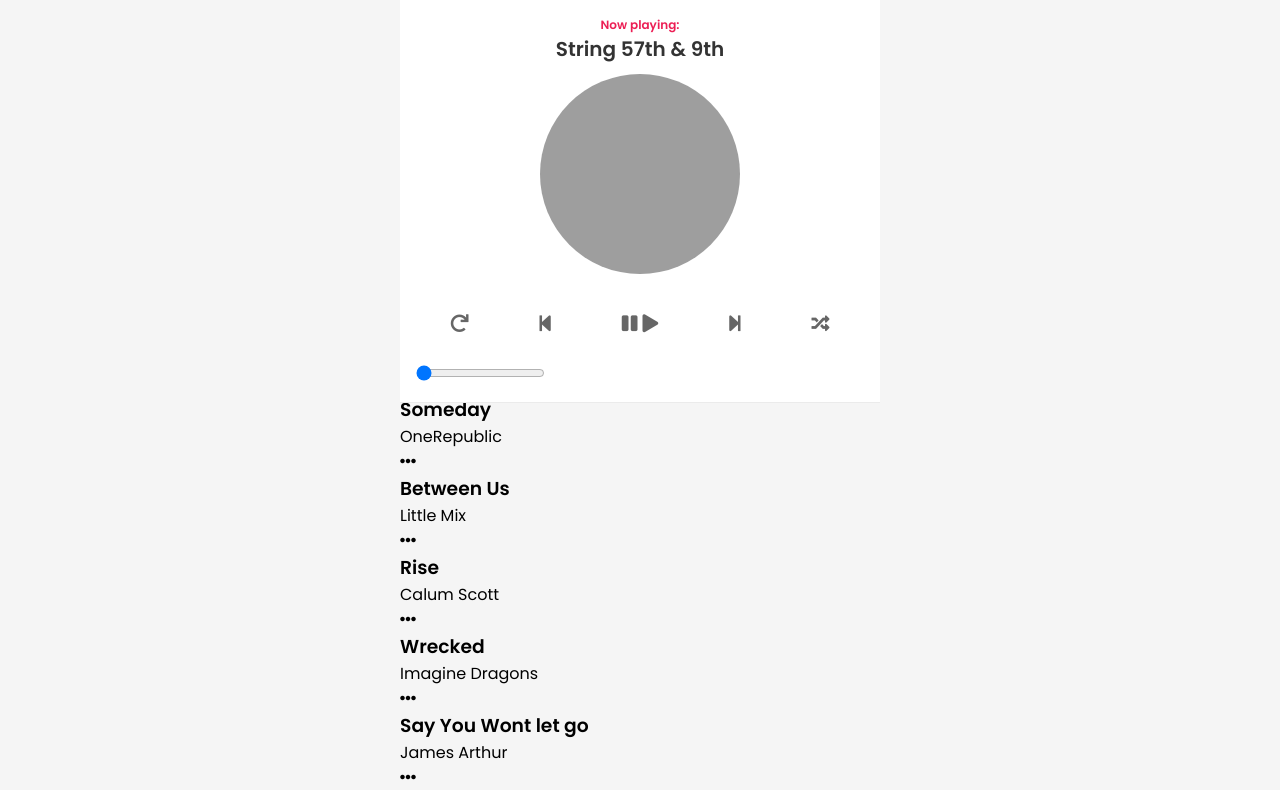
Repository: maivannhan1998/MusicPlayer.github.io
Page: index.html
The author's editor kept a copy of each file at every save. The page is drawn from the files as they stood at one save, then again after the next save.
The browser window is 1280 px wide. The pictures show the whole page.
Pictures or frames that could not be fetched are drawn as grey boxes.

Above is the page before, as saved 2021-11-09 15:45:49.

### index.html
<!DOCTYPE html>
<html lang="en">
<head>
    <meta charset="UTF-8">
    <meta http-equiv="X-UA-Compatible" content="IE=edge">
    <meta name="viewport" content="width=device-width, initial-scale=1.0">
    <title>CodePlayMusic</title>
    <link rel="stylesheet" href="./assets/css/main.css">
    <link rel="stylesheet" href="https://cdnjs.cloudflare.com/ajax/libs/font-awesome/5.15.2/css/all.min.css" integrity="sha512-HK5fgLBL+xu6dm/Ii3z4xhlSUyZgTT9tuc/hSrtw6uzJOvgRr2a9jyxxT1ely+B+xFAmJKVSTbpM/CuL7qxO8w==" crossorigin="anonymous" />
    <link rel="preconnect" href="https://fonts.gstatic.com">
    <link href="https://fonts.googleapis.com/css2?family=Poppins:wght@300;400;600&display=swap" rel="stylesheet">
</head>
<body>
    <div class="player">
        <!-- Dashboard -->
        <div class="dashboard">
          <!-- Header -->
          <header>
            <h4>Now playing:</h4>
            <h2>String 57th & 9th</h2>
          </header>

          <!-- CD -->
          <div class="cd">
            <div class="cd-thumb">
            </div>
          </div>

          <!-- Control -->
          <div class="control">
                <div class="btn btn-repeat">
                    <i class="fas fa-redo"></i>
                </div>
                <div class="btn btn-prev">
                    <i class="fas fa-step-backward"></i>
                </div>
                <div class="btn btn-toggle-play">
                    <i class="fas fa-pause icon-pause"></i>
                    <i class="fas fa-play icon-play"></i>
                </div>
                <div class="btn btn-next">
                    <i class="fas fa-step-forward"></i>
                </div>
                <div class="btn btn-random">
                    <i class="fas fa-random"></i>
                </div>
          </div>

          <input id="progress" class="progress" type="range" value="0" step="1" min="0" max="100">

          <audio id="audio" src=""></audio>
        </div>

        <!-- Playlist -->
        <div class="playlist">

        </div>
      </div>
      <script>
         const $ = document.querySelector.bind(document);
         const $$ = document.querySelectorAll.bind(document);

         const app = {

            currentIndex: 0,

            songs: [
                 {
                     name: 'Easy On Me',
                     singer: 'adele',
                     path: './assets/music/song1.mp3',
                     image: './assets/img/img1.jpg'
                 }, {
                     name: 'One Right Now',
                     singer: 'Post Malone, The Weeknd',
                     path: './assets/music/song2.mp3',
                     image: './assets/img/img2.jpg'
                 }, {
                     name: 'For Tonight',
                     singer: 'Giveon',
                     path: './assets/music/song3.mp3',
                     image: './assets/img/img3.jpg'
                 }, {
                     name: 'Cold Heart',
                     singer: 'Elton John, Dua Lipa',
                     path: './assets/music/song4.mp3',
                     image: './assets/img/img4.jpg'
                 }, {
                     name: 'STAY',
                     singer: 'The Kid LAROI, Justin Bieber',
                     path: './assets/music/song5.mp3',
                     image: './assets/img/img5.jpg'
                 }, {
                     name: 'Someday',
                     singer: 'OneRepublic',
                     path: './assets/music/song6.mp3',
                     image: './assets/img/img6.jpg'
                 }, {
                     name: 'Between Us',
                     singer: 'Little Mix',
                     path: './assets/music/song7.mp3',
                     image: './assets/img/img7.jpg'
                 }, {
                     name: 'Rise',
                     singer: 'Calum Scott',
                     path: './assets/music/song8.mp3',
                     image: './assets/img/img8.jpg'
                 }, {
                     name: 'Wrecked',
                     singer: 'Imagine Dragons',
                     path: './assets/music/song9.mp3',
                     image: './assets/img/img9.jpg'
                 }, {
                     name: 'Say You Wont let go',
                     singer: 'James Arthur',
                     path: './assets/music/song10.mp3',
                     image: './assets/img/img10.jpg'
                 }
             ],

            render: function(){
                const htmls = this.songs.map((song) => {
                    return `
                        <div class="song">
                            <div class="thumb"
                                style="background-image: url('${song.image}')">
                            </div>
                            <div class="body">
                                <h3 class="title">${song.name}</h3>
                                <p class="author">${song.singer}</p>
                            </div>
                            <div class="option">
                                <i class="fas fa-ellipsis-h"></i>
                            </div>
                        </div>
                    `
                })
                $('.playlist').innerHTML = htmls.join('')
            },

            handleEvents: function() {
                const cd = $('.cd')
                const cdWidth  = cd.offsetWidth;

                 document.onscroll = function () {
                    const scrollTop = window.scrollY || document.documentElement.scrollTop;
                    const newCdWidth = cdWidth - scrollTop;

                    cd.style.width = newCdWidth > 0 ? newCdWidth + 'px' : 0;
                    cd.style.opacity = newCdWidth / cdWidth;
                 }
            },
            getCurrentSong: function() {
                return this.songs[this.currentIndex];
            },
            start: function() {

                this.handleEvents();

                console.log(this.getCurrentSong())

                this.render();
            }
        }

        app.start();

      </script>
</body>
</html>

### assets/css/main.css
:root {
  --primary-color: #ec1f55;
  --text-color: #333;
}

* {
  padding: 0;
  margin: 0;
  box-sizing: inherit;
}

body {
  background-color: #f5f5f5;
}

html {
  box-sizing: border-box;
  font-family: "Poppins", sans-serif;
}

.player {
  position: relative;
  max-width: 480px;
  margin: 0 auto;
}

.dashboard {
  position: fixed;
  padding: 16px 16px 14px;
  background-color: #fff;
  top: 0;
  width: 100%;
  max-width: 480px;
  border-bottom: 1px solid #ebebeb;
}

header {
  text-align: center;
  margin-bottom: 10px;
}

header h2 {
  color: var(--text-color);
  font-size: 20px;
}

header h4 {
  color: var(--primary-color);
  font-size: 12px;
}

.cd {
  display: flex;
  margin: auto;
  width: 200px;
}

.cd-thumb {
  background-image: url('/assets/img/maxresdefault.jpg');
  width: 100%;
  padding-top: 100%;
  border-radius: 50%;
  background-color: #333;
  background-size: cover;
  margin: auto;
}

.control {
  display: flex;
  align-items: center;
  justify-content: space-around;
  padding: 18px 0 8px 0;
}

.control .btn {
  color: #666;
  padding: 18px;
  font-size: 18px;
}

After the next save:
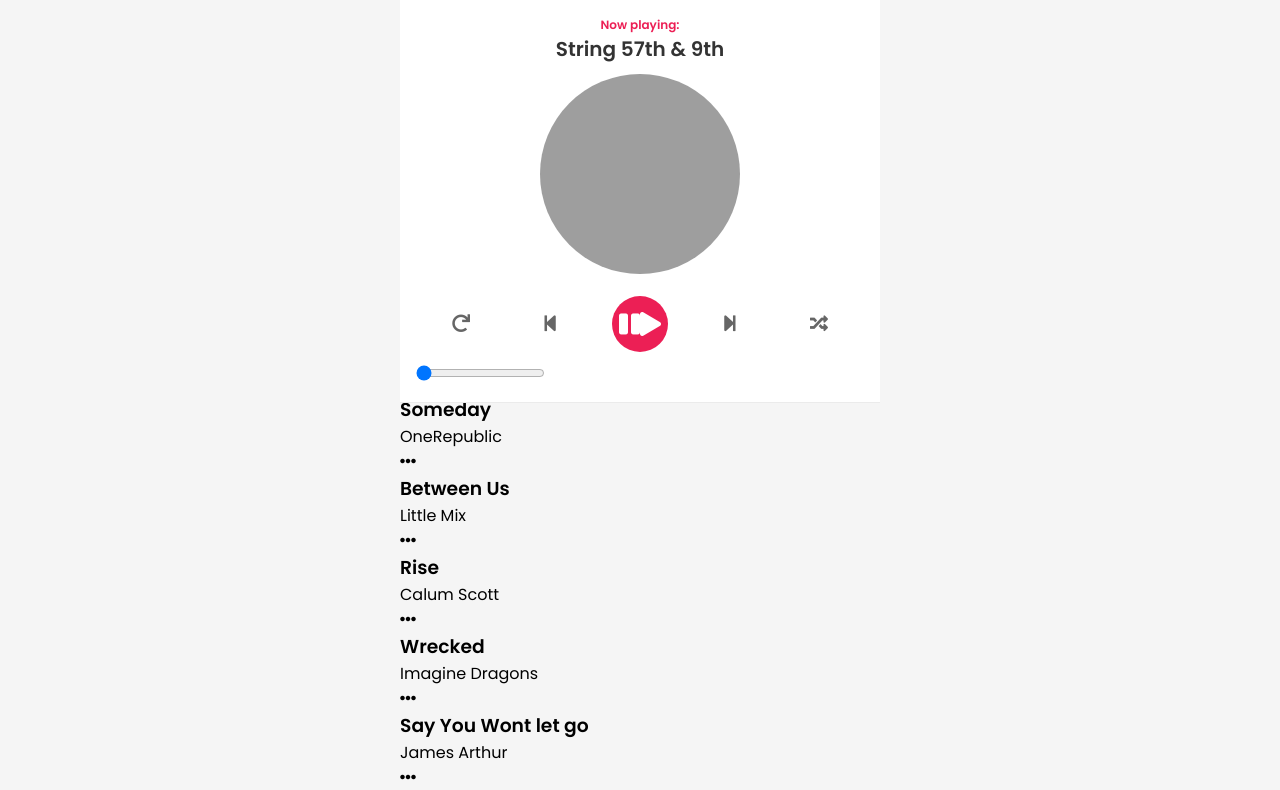
Saved 64 s later.
--- a/assets/css/main.css
+++ b/assets/css/main.css
@@ -77,3 +77,15 @@ header h4 {
   padding: 18px;
   font-size: 18px;
 }
+
+.control .btn-toggle-play {
+  width: 56px;
+  height: 56px;
+  border-radius: 50%;
+  font-size: 24px;
+  color: #fff;
+  display: flex;
+  align-items: center;
+  justify-content: center;
+  background-color: var(--primary-color);
+}

After the save that followed:
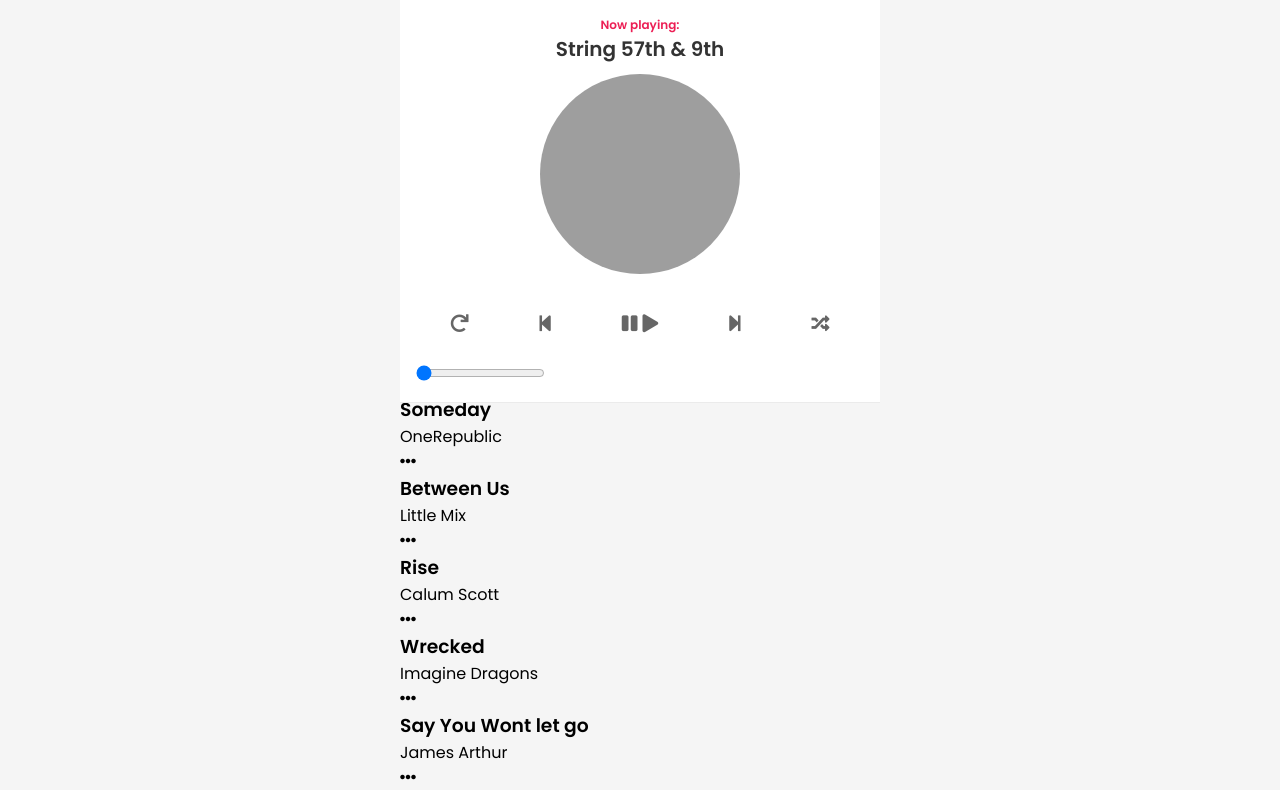
Saved 27 s later.
--- a/assets/css/main.css
+++ b/assets/css/main.css
@@ -78,7 +78,7 @@ header h4 {
   font-size: 18px;
 }
 
-.control .btn-toggle-play {
+/* .control .btn-toggle-play {
   width: 56px;
   height: 56px;
   border-radius: 50%;
@@ -88,4 +88,4 @@ header h4 {
   align-items: center;
   justify-content: center;
   background-color: var(--primary-color);
-}
+} */
